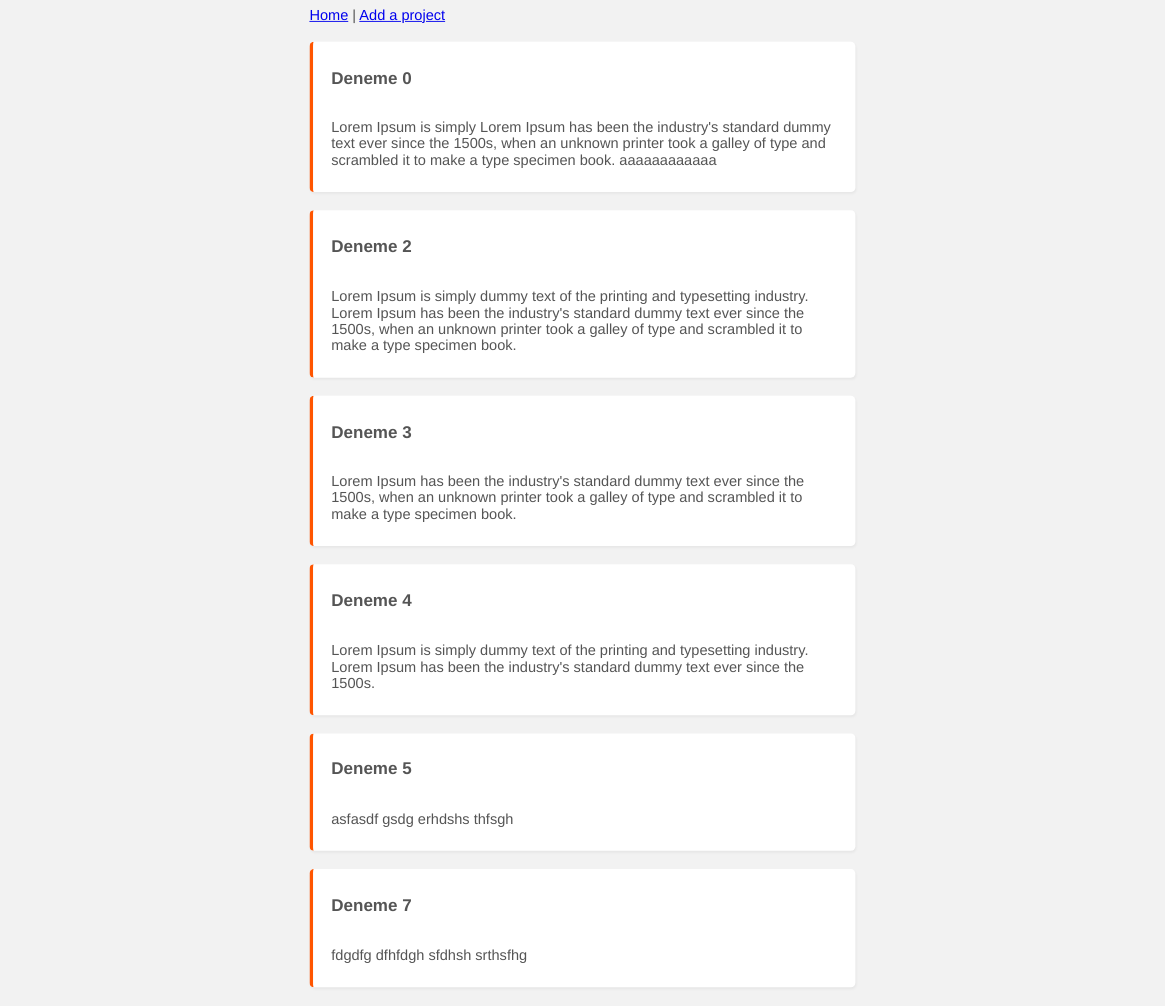
Repository: sercanisli/task-app
Page: /
These files come from the project's save history. The page is drawn as it stood at one moment and after the next save; the edit follows.
The browser window is 1280 px wide. The pictures show the whole page, at 91% of full size.
The project was rebuilt for these pictures with package versions that can differ from the ones it lists, and the page was loaded fresh each time. Requests to the local data server were answered from the project's data file. Also part of the build but not shown: vue.config.js. Imported but missing from the stored project, and not drawn on this page: src/views/AddProject.vue.

Above is the page before, as saved 2024-04-25 23:19:48.

### src/App.vue
<template>
  <div>
    <nav>
      <router-link to="/">Home</router-link> |
      <router-link to="/add">Add a project</router-link>
    </nav>
    <router-view/>
  </div>
</template>

<script>
  export default {
    components:{

    }
  }
</script>

<style>
body{
  background: #f2f2f2;
}
#app {
  font-family: Avenir, Helvetica, Arial, sans-serif;
  -webkit-font-smoothing: antialiased;
  -moz-osx-font-smoothing: grayscale;
  max-width: 600px;
  margin: 0 auto;
  color: #555;
}
</style>

### src/router/index.js
import { createRouter, createWebHistory } from 'vue-router'
import Home from '../views/Home.vue'

const routes = [
  {
    path: '/',
    name: 'home',
    component: Home
  },
  {
    path: '/add',
    name: 'AddProject',
    component: () => import('../views/AddProject.vue')
  },
  {
    path: '/project/:id',
    name: 'EditProject',
    component: () => import('../views/EditProject.vue'),
    props:true
  }
]

const router = createRouter({
  history: createWebHistory(process.env.BASE_URL),
  routes
})

export default router

### src/views/Home.vue
<template>
  <div class="home">
    <div v-if="projects.length">
      <div v-for="prj in projects" :key="prj.id">
        <SingleProject :project="prj" />
      </div>
    </div>
  </div>
</template>

<script>
import SingleProject from '../components/SingleProject'

export default {
  name: 'Home',
  components: {
    SingleProject
  },
  data(){
    return{
      projects:[]
    }
  },
  mounted(){
    fetch('http://localhost:3000/projects')
      .then(response => response.json())
      .then(data => this.projects = data)
      .catch(error => console.log(error.message))
  }
}
</script>

<style >
.project {
  margin: 20px auto;
  background: #fff;
  padding: 10px 20px;
  border-radius: 5px;
  box-shadow: 1px 2px 3px rgba(0, 0, 0, 0.05);
  border-left: 4px solid #ff5500;
}
h3 {
  cursor: pointer;
}
.actions {
  display: flex;
  justify-content: space-between;
  align-items: center;
}
.material-icons {
  font-size: 24px;
  margin-left: 10px;
  color: #bbb;
  cursor: pointer;
}
.material-icons:hover {
  color: #777;
}
.project.complete {
  border-left: 4px solid #76dd78;
}
.project.complete .tick {
  color: #76dd78;
}
</style>

### src/components/SingleProject.vue
<template>
  <div class="project">
    <div class="actions">
        <h3>{{ project.title }}</h3>
    </div>
    <div class="details">
        <p>{{ project.details }}</p>
    </div>
  </div>
</template>

<script>
export default {
    props:['project']
}
</script>

<style>

</style>

### data/db.json
{
    "projects": [
      {
        "id": 1,
        "title": "Deneme 0",
        "details": "Lorem Ipsum is simply Lorem Ipsum has been the industry's standard dummy text ever since the 1500s, when an unknown printer took a galley of type and scrambled it to make a type specimen book. aaaaaaaaaaaa",
        "complete": true
      },
      {
        "id": 2,
        "title": "Deneme 2",
        "details": "Lorem Ipsum is simply dummy text of the printing and typesetting industry. Lorem Ipsum has been the industry's standard dummy text ever since the 1500s, when an unknown printer took a galley of type and scrambled it to make a type specimen book.",
        "complete": false
      },
      {
        "id": 3,
        "title": "Deneme 3",
        "details": "Lorem Ipsum has been the industry's standard dummy text ever since the 1500s, when an unknown printer took a galley of type and scrambled it to make a type specimen book.",
        "complete": true
      },
      {
        "id": 4,
        "title": "Deneme 4",
        "details": "Lorem Ipsum is simply dummy text of the printing and typesetting industry. Lorem Ipsum has been the industry's standard dummy text ever since the 1500s.",
        "complete": false
      },
      {
        "title": "Deneme 5",
        "details": "asfasdf gsdg erhdshs thfsgh",
        "complete": true,
        "id": 5
      },
      {
        "title": "Deneme 7",
        "details": "fdgdfg dfhfdgh sfdhsh srthsfhg",
        "complete": false,
        "id": 6
      }
    ]
  }

Loaded but not shown: public/index.html (common file); src/main.js (common file)

After the next save:
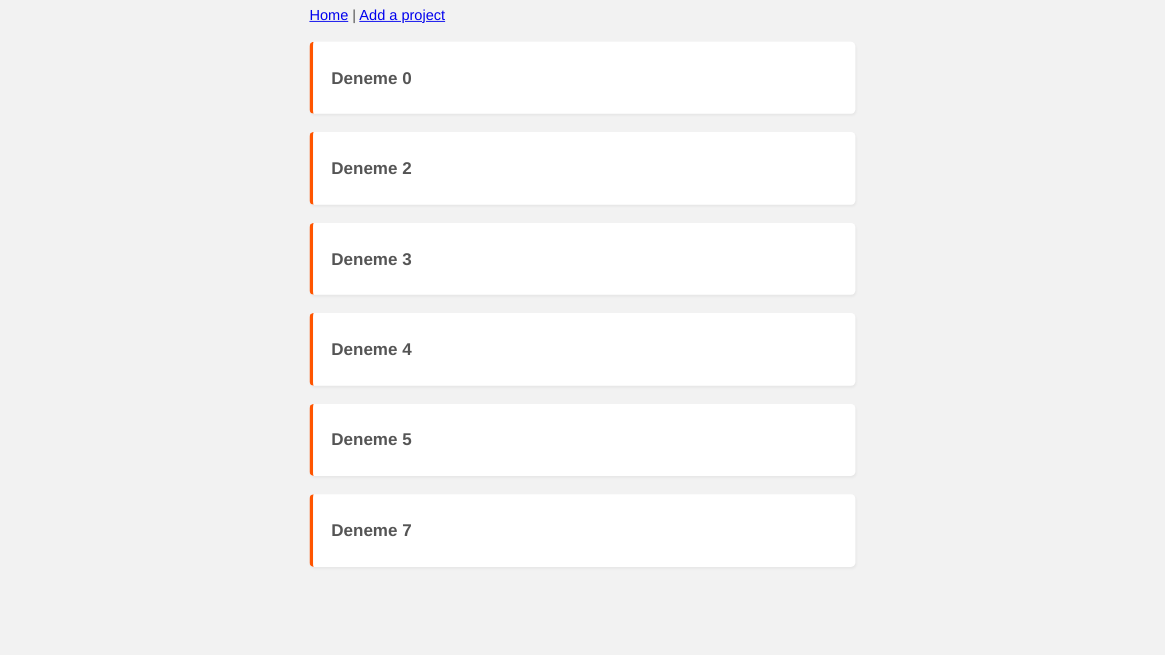
Saved 4 min 22 s later.
--- a/src/components/SingleProject.vue
+++ b/src/components/SingleProject.vue
@@ -1,9 +1,9 @@
 <template>
   <div class="project">
     <div class="actions">
-        <h3>{{ project.title }}</h3>
+        <h3 @click="showDetails = !showDetails">{{ project.title }}</h3>
     </div>
-    <div class="details">
+    <div v-if="showDetails" class="details">
         <p>{{ project.details }}</p>
     </div>
   </div>
@@ -11,7 +11,12 @@
 
 <script>
 export default {
-    props:['project']
+    props:['project'],
+    data(){
+        return {
+            showDetails: false
+        }
+    }
 }
 </script>
 
